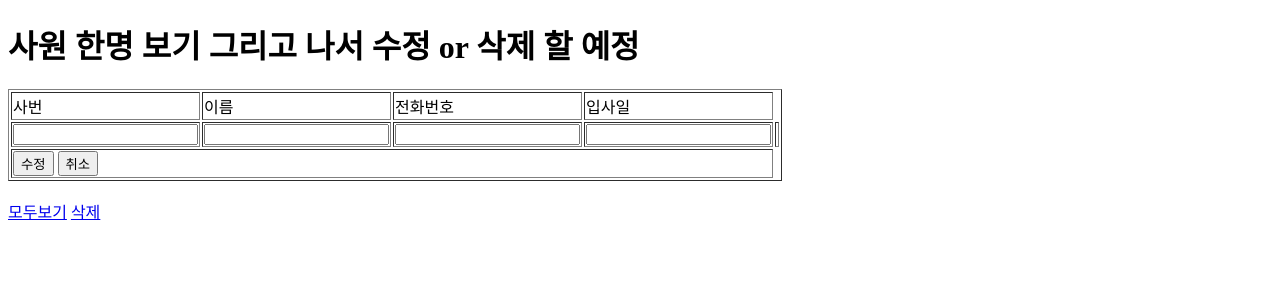
Repository: codingidot/test111
Page: http://localhost/Servlet4/sawonUpdateForm.jsp
The author's editor kept a copy of each file at every save. The page is drawn from the files as they stood at one save, then again after the next save.
The browser window is 1280 px wide. The pictures show the whole page.
The page is served by Tomcat 9. Other server files are loaded and not shown. The template is opened directly, without the code that normally fills it, so the values that code supplies are empty.

Above is the page before, as saved 2022-05-31 07:41:24.

### Servlet4/src/main/webapp/sawonUpdateForm.jsp
<%@ page language="java" contentType="text/html; charset=UTF-8"
    pageEncoding="UTF-8"%>
    <%@ taglib prefix="c" uri="http://java.sun.com/jsp/jstl/core" %>
<!DOCTYPE html>
<html>
<head>
<meta charset="UTF-8">
<title>Insert title here</title>
</head>
<!-- 여기서는 일단 한명을 보여준 다음 수정 또는 삭제를 선택하는 로직이 필요하다
수정을 선택하면 controller의 수정로직으로 보내고 삭제를 선택하면
controller의 삭제 로직으로 보낸다 -->
<body>
<h1>사원 한명 보기 그리고 나서 수정 or 삭제 할 예정 </h1>
<form action="telUpdate.do?sname=${stv.name }" method="get">
	<table border=1>
	<tr><td>사번</td><td>이름</td><td>전화번호</td><td>입사일</td></tr>
	<tr>
		<td><input type="text" value="${stv.id }" name="id"></td>
		<td><input type="text" value="${stv.name }" name="name"></td>
		<td><input type="text" value="${stv.tel }" name="tel"></td>
		<td><input type="text" value="${stv.d }" name="d"></td>
		<td><input type="hidden" value="${stv.name }" name="sname"></td>

	</tr><tr><td colspan="4">
		<input type="submit" value="수정">
		<input type="reset" value="취소"></td></tr>
	</table>
</form><br>

<a href="${pageContext.request.contextPath }/getAllInfo.jsp">
			모두보기</a>
<a href="telDelete.do?name=${stv.name}">삭제</a>
</body>
</html>

After the next save:
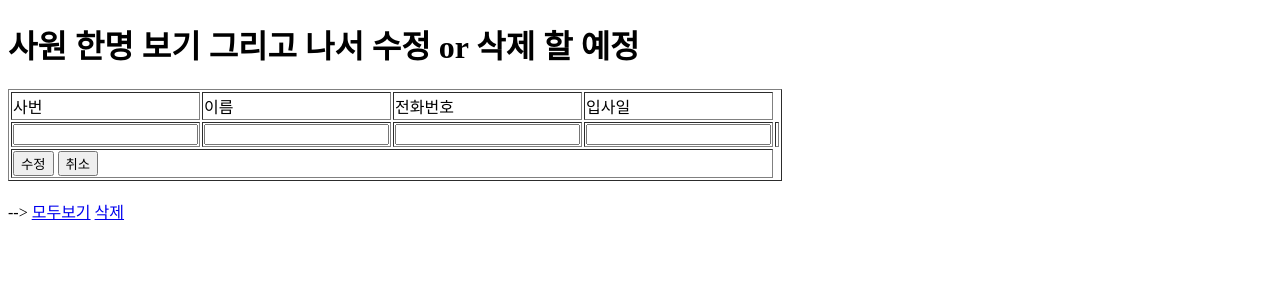
Saved 4 min 24 s later.
--- a/Servlet4/src/main/webapp/sawonUpdateForm.jsp
+++ b/Servlet4/src/main/webapp/sawonUpdateForm.jsp
@@ -27,7 +27,11 @@
 		<input type="reset" value="취소"></td></tr>
 	</table>
 </form><br>
-
+<!-- JSO 방식으로는 <!--<=request.getContextPath()%>--> -->
+<!-- 아래처럼 사용하는 이유는 예를들어 프로젝트 명이 변경되어도 잘 진행하도록
+	http://localhost:8081/프로젝트명/getAllInfo.jsp에서
+	프로젝트명이 변경되더라도 소스수정 안해도 됨
+ -->
 <a href="${pageContext.request.contextPath }/getAllInfo.jsp">
 			모두보기</a>
 <a href="telDelete.do?name=${stv.name}">삭제</a>
